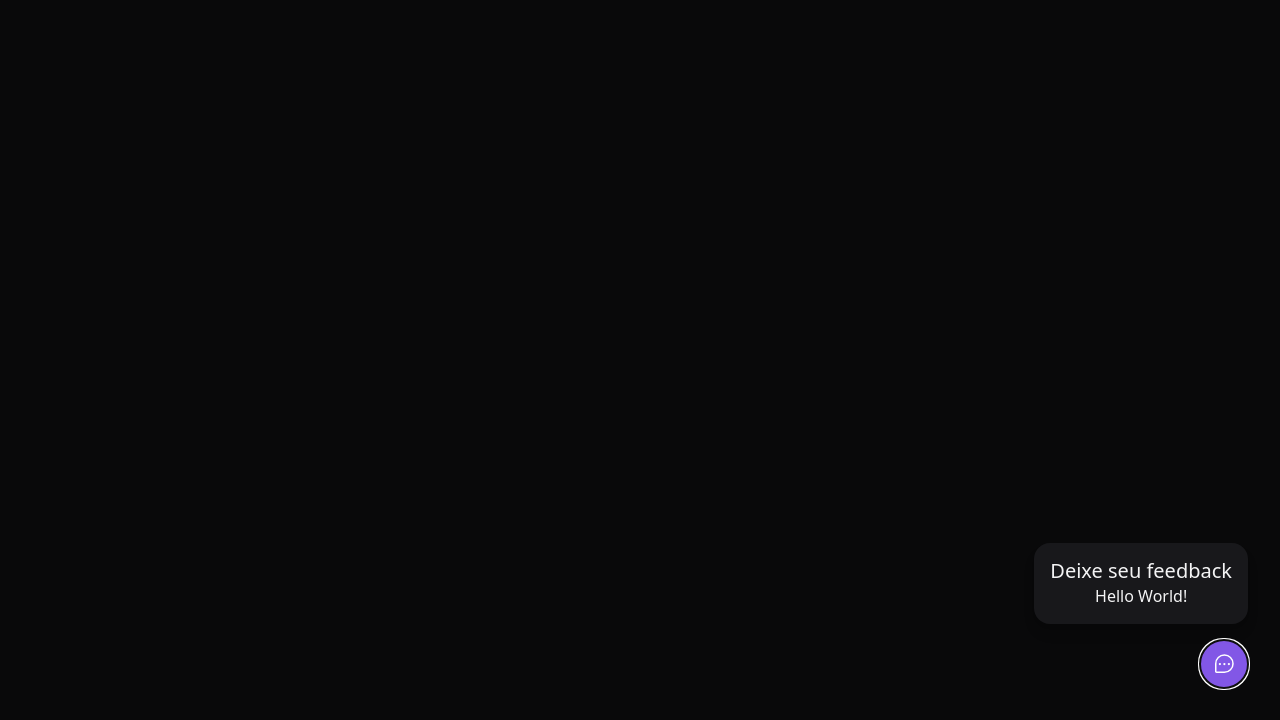
Repository: wandersondacosta/NLW-return-
Page: / (app in web/), after clicking the first element matching `#headlessui-popover-button-\:r8\:`
These files come from the project's save history. The page is drawn as it stood at one moment and after the next save; the edit follows.
The browser window is 1280 px wide. The pictures show the whole page.
The project was rebuilt for these pictures with package versions that can differ from the ones it lists, and the page was loaded fresh each time. Also part of the build but not shown: web/vite.config.ts.

Above is the page before, as saved 2022-05-05 20:27:42.

### web/src/global.css
@tailwind base;
@tailwind components;
@tailwind utilities;


body {
  @apply bg-[#09090a] text-zinc-100
}

### web/src/components/Widget.tsx
import { ChatTeardropDots } from "phosphor-react";
import { Popover } from "@headlessui/react";
import { WidgetForm } from "./WidgetForm";

export function Widget() {
  return (
    <Popover className="absolute bottom-4 right-4 md:bottom-8 md:right-8 flex flex-col items-end">
      <Popover.Panel>
        <WidgetForm />
      </Popover.Panel>

      <Popover.Button className="bg-brand-500 rounded-full px-3 h-12 text-white flex items-center group">
        <ChatTeardropDots className="w-6 h-6" />
        <span className="max-w-0 overflow-hidden group-hover:max-w-xs transition-all duration-500 ease-linear">
          <span className="pl-2"></span>
          feedback
        </span>
      </Popover.Button>
    </Popover>
  );
}

### web/src/components/WidgetForm.tsx
export function WidgetForm() {
  return (
    <div className="bg-zinc-900 p-4 relative rounded-2xl mb-4 flex flex-col items-center shadow-lg w-[calc(100vw-2rem)] md:w-auto">
      <header>
        <span className="text-xl leading-6">Deixe seu feedback</span>
      </header>

      <p>Hello World!</p>

      <footer></footer>
    </div>
  );
}

Loaded but not shown: web/index.html (common file); web/src/main.tsx (common file); web/src/App.tsx (common file); web/tailwind.config.js (common file)

After the next save:
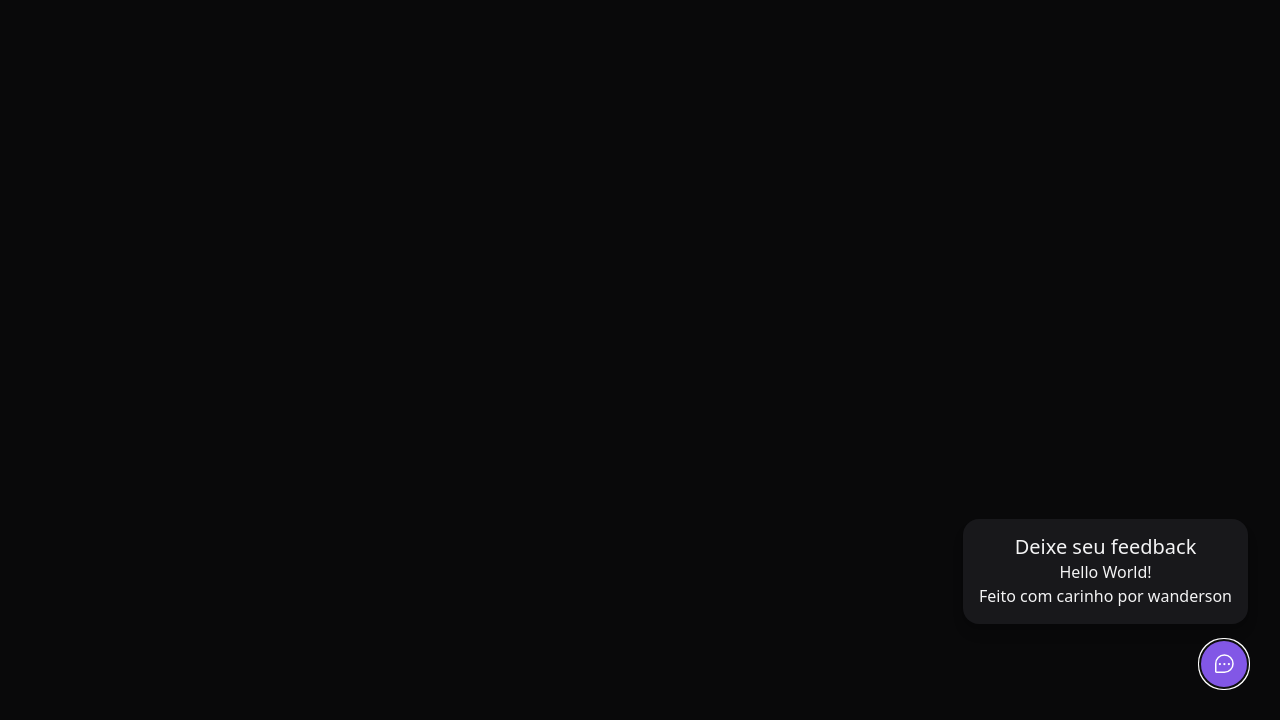
Saved 5 min 26 s later.
--- a/web/src/components/WidgetForm.tsx
+++ b/web/src/components/WidgetForm.tsx
@@ -7,7 +7,7 @@ export function WidgetForm() {
 
       <p>Hello World!</p>
 
-      <footer></footer>
+      <footer>Feito com carinho por wanderson</footer>
     </div>
   );
 }
